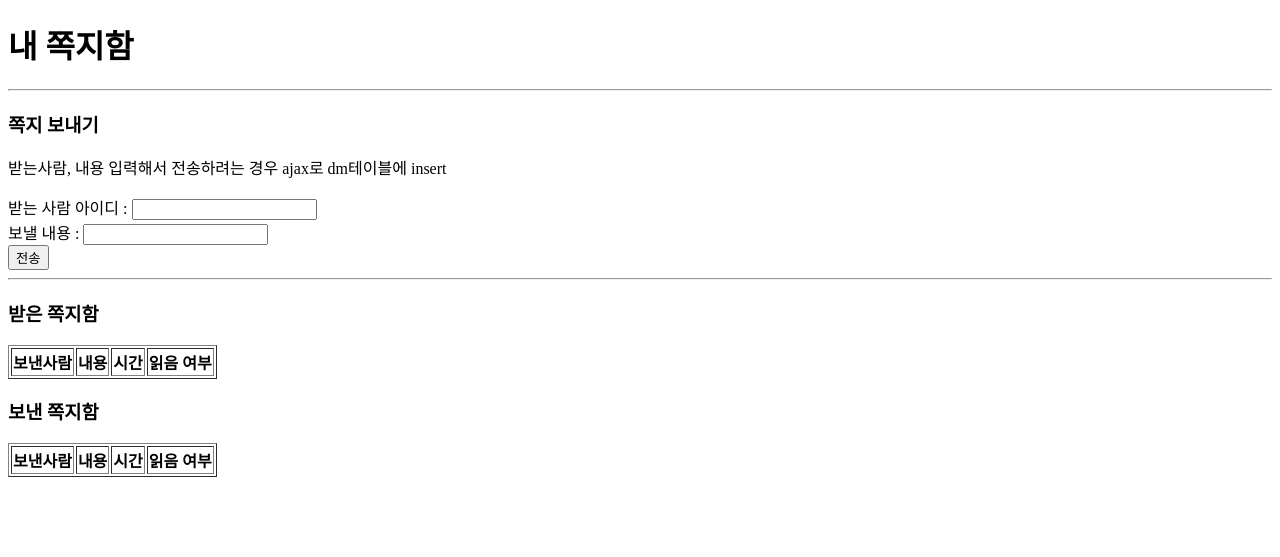
Repository: ParkHyeonju12/Spring
Page: http://localhost/05_Spring_Websocket/WEB-INF/views/dm/dmMain.jsp
The author's editor kept a copy of each file at every save. The page is drawn from the files as they stood at one save, then again after the next save.
The browser window is 1280 px wide. The pictures show the whole page.
The page is served by Tomcat 9. Nobody is signed in. The template is opened directly, without the code that normally fills it, so the values that code supplies are empty.

Above is the page before, as saved 2022-10-14 00:50:34.

After the next save:
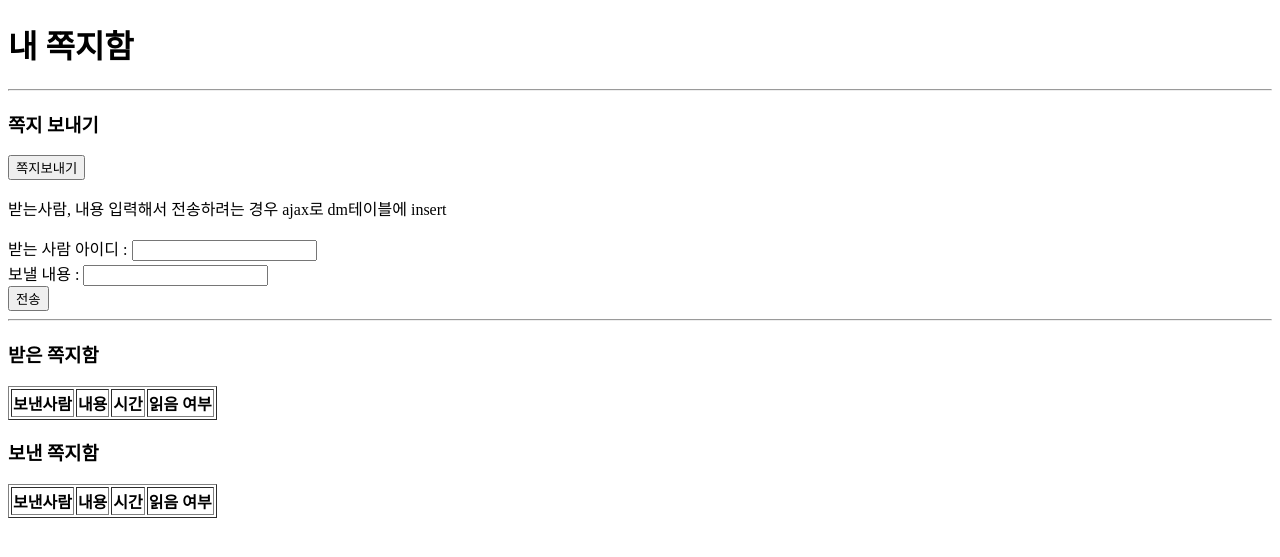
Saved 117 min 14 s later.
--- a/05_Spring_Websocket/src/main/webapp/WEB-INF/views/dm/dmMain.jsp
+++ b/05_Spring_Websocket/src/main/webapp/WEB-INF/views/dm/dmMain.jsp
@@ -11,6 +11,7 @@
 	<h1>내 쪽지함</h1>
 	<hr>
 	<h3>쪽지 보내기</h3>
+	<button onclick="sendDmModal();">쪽지보내기</button>
 	<p>받는사람, 내용 입력해서 전송하려는 경우 ajax로 dm테이블에 insert</p>
 	받는 사람 아이디	: <input type="text" id="receiver"><br>
 	보낼 내용 		: <input type="text" id="dmContent"><br>
